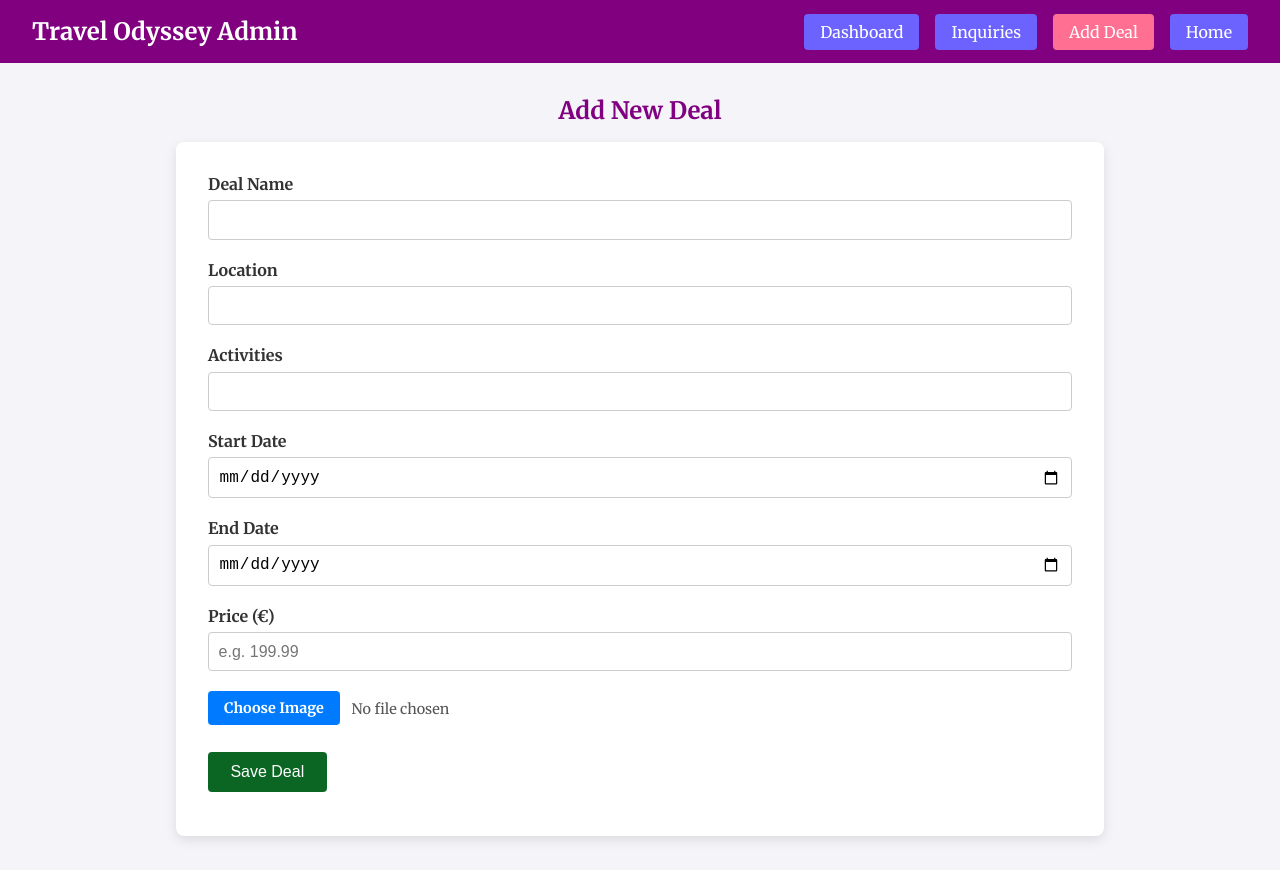
Repository: GHzPhoenix/Project-Odyssey
Page: Frontend/add-deal.html
These files come from the project's save history. The page is drawn as it stood at one moment and after the next save; the edit follows.
The browser window is 1280 px wide. The pictures show the whole page.

Above is the page before, as saved 2025-07-10 09:27:15.

After the next save:
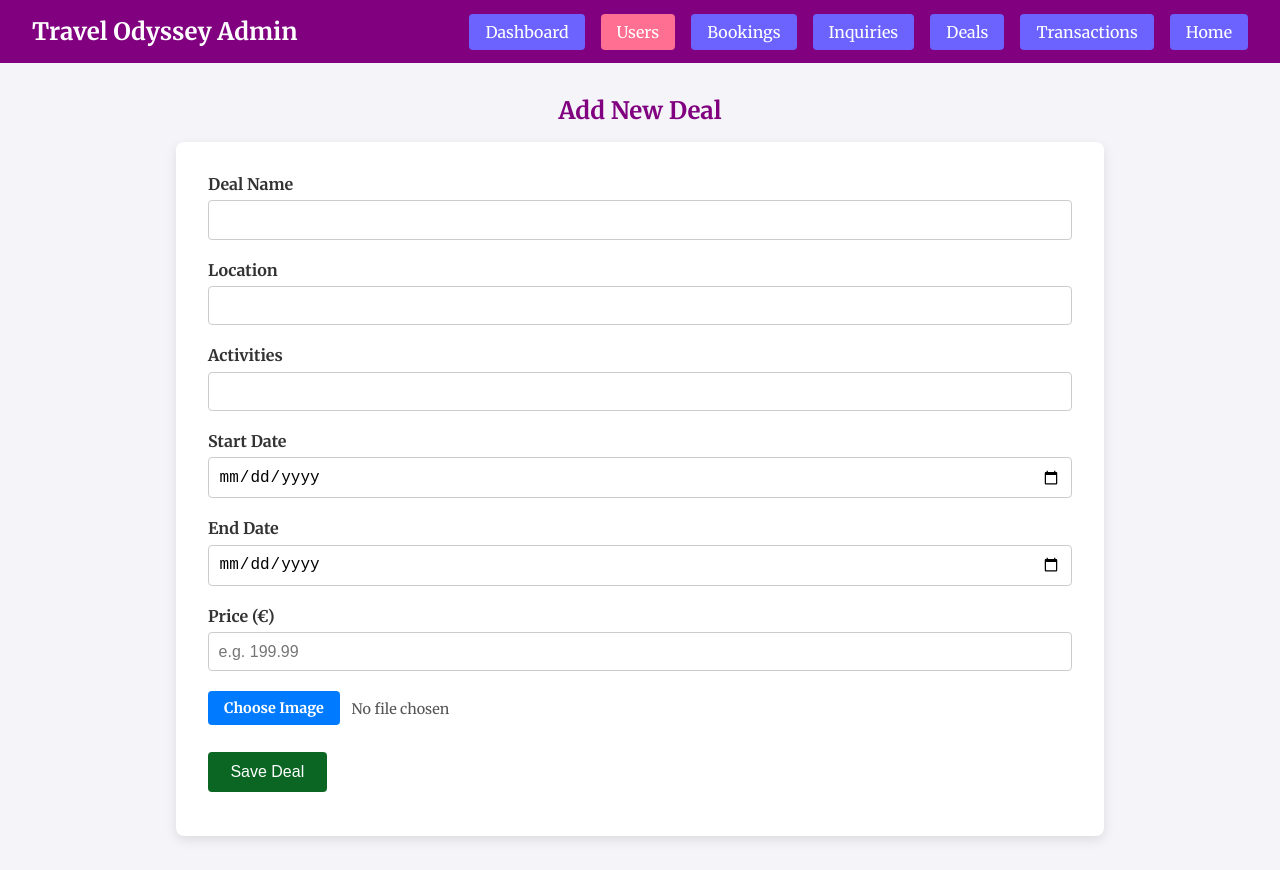
Saved 28 s later.
--- a/Frontend/add-deal.html
+++ b/Frontend/add-deal.html
@@ -12,8 +12,11 @@
         <div class="logo">Travel Odyssey Admin</div>
         <ul>
           <li><a href="admin.html">Dashboard</a></li>
+          <li><a href="admin-users.html" class="active">Users</a></li>
+          <li><a href="admin-bookings.html">Bookings</a></li>
           <li><a href="inquiries.html">Inquiries</a></li>
-          <li><a href="add-deal.html" class="active">Add Deal</a></li>
+          <li><a href="add-deal.html">Deals</a></li>
+          <li><a href="transactions.html">Transactions</a></li>
           <li><a href="index.html">Home</a></li>
         </ul>
       </nav>
